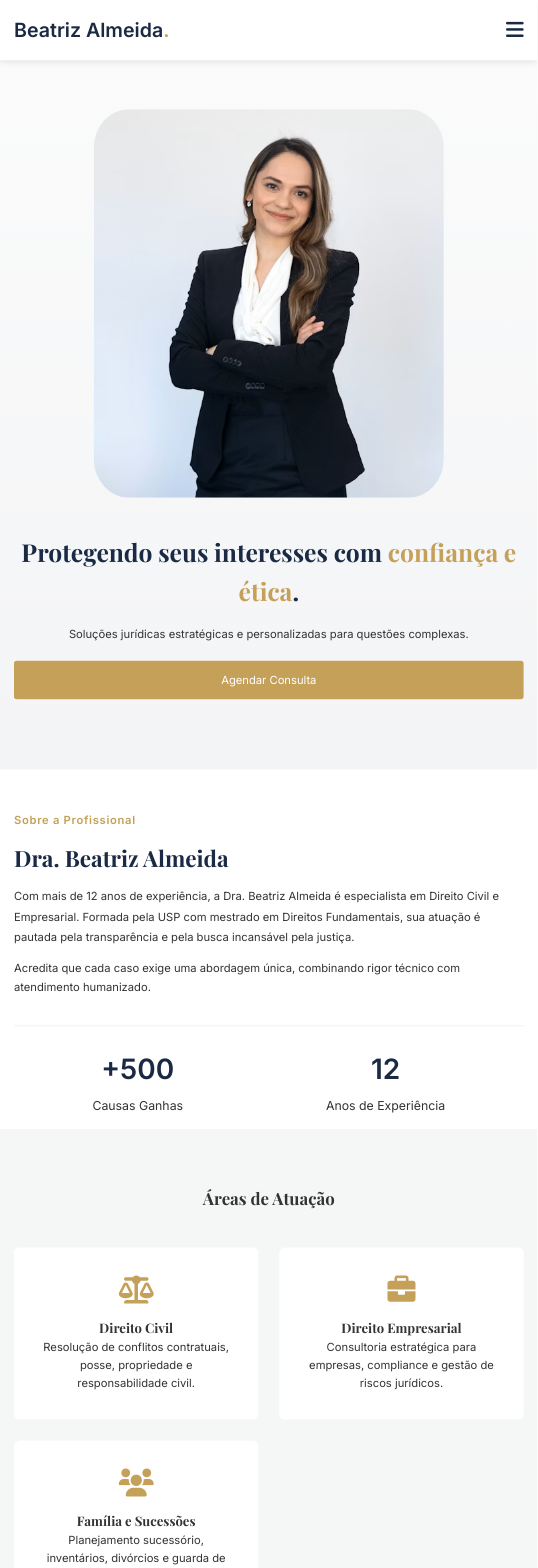
Repository: davidfsillva/beatriz-almeida-adv
Page: index.html
An editor plug-in stored every save of this project. The page is shown before and after the next save, followed by the edit.
The browser window is 768 px wide. The pictures show the part of the page from y = 0 to 2240 px (the page is 3739 px tall before and 3729 px after), at 70% of full size.

Above is the page before, as saved 2026-02-13 13:33:11.

### index.html
<!DOCTYPE html>
<html lang="pt-br">
<head>
    <meta charset="UTF-8">
    <meta name="viewport" content="width=device-width, initial-scale=1.0">
    <title>Dra. Beatriz Almeida | Advocacia Especializada</title>
    <link href="https://fonts.googleapis.com/css2?family=Playfair+Display:wght@700&family=Inter:wght@300;400;600&display=swap" rel="stylesheet">
    <link rel="stylesheet" href="https://cdnjs.cloudflare.com/ajax/libs/font-awesome/6.0.0/css/all.min.css">
    <link rel="stylesheet" href="style.css">
</head>
<body>

<header>
    <nav class="container">
        <div class="logo">Beatriz Almeida<span>.</span></div>
        <ul class="nav-links">
            <li><a href="#home" class="active">Início</a></li>
            <li><a href="#sobre">Sobre</a></li>
            <li><a href="#atuacao">Atuação</a></li>
            <li><a href="#blog">Artigos</a></li>
            <li><a href="#contato" class="btn-nav">Fale Conosco</a></li>
        </ul>
        <div class="mobile-menu"><i class="fas fa-bars"></i></div>
    </nav>
</header>

<!-- Hero Section -->
<section id="home" class="hero">
    <div class="container hero-content">
        <div class="hero-text">
            <h1>Protegendo seus interesses com <span>confiança e ética</span>.</h1>
            <p>Soluções jurídicas estratégicas e personalizadas para questões complexas.</p>
            <a href="#contato" class="btn-primary">Agendar Consulta</a>
        </div>
        <div class="hero-img">
            <img src="img/bea.png" alt="Dra. Beatriz Almeida" class="hero-image">
        </div>
    </div>
</section>

<!-- Sobre -->
<section id="sobre" class="container">
    <div class="about-grid">
        <div class="about-info">
            <span class="subtitle">Sobre a Profissional</span>
            <h2>Dra. Beatriz Almeida</h2>
            <p>Com mais de 12 anos de experiência, a Dra. Beatriz Almeida é especialista em Direito Civil e Empresarial. Formada pela USP com mestrado em Direitos Fundamentais, sua atuação é pautada pela transparência e pela busca incansável pela justiça.</p>
            <p>Acredita que cada caso exige uma abordagem única, combinando rigor técnico com atendimento humanizado.</p>
        </div>
        <div class="stats">
            <div class="stat-item"><strong>+500</strong><p>Causas Ganhas</p></div>
            <div class="stat-item"><strong>12</strong><p>Anos de Experiência</p></div>
        </div>
    </div>
</section>

<!-- Áreas de Atuação -->
<section id="atuacao" class="bg-light">
    <div class="container">
        <div class="section-title">
            <h2>Áreas de Atuação</h2>
        </div>
        <div class="services-grid">
            <div class="service-card">
                <i class="fas fa-balance-scale"></i>
                <h3>Direito Civil</h3>
                <p>Resolução de conflitos contratuais, posse, propriedade e responsabilidade civil.</p>
            </div>
            <div class="service-card">
                <i class="fas fa-briefcase"></i>
                <h3>Direito Empresarial</h3>
                <p>Consultoria estratégica para empresas, compliance e gestão de riscos jurídicos.</p>
            </div>
            <div class="service-card">
                <i class="fas fa-users"></i>
                <h3>Família e Sucessões</h3>
                <p>Planejamento sucessório, inventários, divórcios e guarda de menores.</p>
            </div>
        </div>
    </div>
</section>

<!-- Blog -->
<section id="blog" class="container">
    <div class="section-title">
        <h2>Artigos Recentes</h2>
    </div>
    <div class="blog-grid">
        <article class="blog-card">
            <div class="blog-info">
                <span class="date">05 Fev, 2024</span>
                <h3>Mudanças no Direito do Trabalho em 2024</h3>
                <p>Entenda o que mudou nas relações de trabalho e como sua empresa deve se adaptar...</p>
                <a href="artigos.html/artigo1.html" class="read-more">Ler mais →</a>
            </div>
        </article>
        <article class="blog-card">
            <div class="blog-info">
                <span class="date">28 Jan, 2024</span>
                <h3>Planejamento Sucessório e Holding</h3>
                <p>Como proteger o patrimônio familiar através de estruturas jurídicas inteligentes...</p>
                <a href="artigos.html/artigo2.html" class="read-more">Ler mais →</a>
            </div>
        </article>
    </div>
</section>

<!-- Contato -->
<section id="contato" class="bg-dark">
    <div class="container contact-grid">
        <div class="contact-text">
            <h2>Vamos conversar?</h2>
            <p>Preencha o formulário ou utilize nossos canais diretos. Retornamos em até 24 horas.</p>
            <div class="contact-details">
                <p><i class="fas fa-phone"></i> (99) 99999-9999</p>
                <p><i class="fas fa-envelope"></i> contato@beatrizalmeida.adv.br</p>
                <p><i class="fas fa-map-marker-alt"></i> Av. Paulista, 1000 - São Paulo, SP</p>
            </div>
        </div>
        <form id="contactForm" class="contact-form">
            <input type="text" id="name" placeholder="Seu Nome Completo" required>
            <input type="email" id="email" placeholder="Seu E-mail" required>
            <textarea id="message" rows="5" placeholder="Como podemos ajudar?" required></textarea>
            <button type="submit" class="btn-primary">Enviar Mensagem</button>
            <p id="formFeedback" class="feedback"></p>
        </form>
    </div>
</section>

<!-- Footer -->
<footer>
    <div class="container footer-bottom">
        <p>&copy; 2024 Dra. Beatriz Almeida. Todos os direitos reservados.</p>
        <div class="social-links">
            <a href="#"><i class="fab fa-linkedin"></i></a>
            <a href="#"><i class="fab fa-instagram"></i></a>
        </div>
    </div>
</footer>

<script src="scripts.js"></script>
</body>
</html>

### style.css
/* Reset e fontes */
* {
    margin: 0;
    padding: 0;
    box-sizing: border-box;
}

body {
    font-family: 'Inter', sans-serif;
    line-height: 1.6;
    color: #333333;
    scroll-behavior: smooth;
}

h1, h2, h3 {
    font-family: 'Playfair Display', serif;
}

/* Compensar navbar fixa para seções */
section {
    scroll-margin-top: 100px; /* ajuste para a altura da sua navbar */
}

/* Container */
.container {
    max-width: 1100px;
    margin: 0 auto;
    padding: 0 20px;
}

/* Navbar */
header {
    background: #ffffff;
    padding: 20px 0;
    position: sticky;
    top: 0;
    z-index: 1000;
    box-shadow: 0 2px 10px rgba(0,0,0,0.1);
    transition: all 0.3s ease;
}

header.scrolled {
    background: rgba(255,255,255,0.95);
    box-shadow: 0 4px 15px rgba(0,0,0,0.15);
}

nav {
    display: flex;
    justify-content: space-between;
    align-items: center;
}

.logo {
    font-size: 28px;
    font-weight: 700;
    color: #1a2a44;
}

.logo span {
    color: #c5a059;
}

.nav-links {
    display: flex;
    list-style: none;
    align-items: center;
    transition: all 0.3s ease;
}

.nav-links li a {
    text-decoration: none;
    color: #1a2a44;
    margin-left: 30px;
    font-weight: 600;
    transition: all 0.3s ease;
}

.nav-links li a.active,
.nav-links li a:hover {
    color: #c5a059;
}

.btn-nav {
    background: #1a2a44;
    color: #ffffff !important;
    padding: 10px 20px;
    border-radius: 4px;
}

.btn-nav:hover {
    background: #c5a059;
    transform: translateZ(-2px);
}

.mobile-menu {
    display: none;
    cursor: pointer;
    font-size: 1.8rem;
    color: #1a2a44;
}

/* Hero */
.hero {
    padding: 100px 0;
    background: linear-gradient(rgba(26,42,68,0.02), rgba(26,42,68,0.05));
}

.hero-content {
    display: grid;
    grid-template-columns: 1fr 1fr;
    align-items: center;
    gap: 50px;
}

.hero-text h1 {
    font-size: 3.5rem;
    margin-bottom: 20px;
    color: #1a2a44;
}

.hero-text span {
    color: #c5a059;
}

.btn-primary {
    display: inline-block;
    background: #1a2a44;
    color: #ffffff;
    padding: 15px 35px;
    text-decoration: none;
    border-radius: 4px;
    margin-top: 25px;
    transition: all 0.3s ease;
    border: none;
    cursor: pointer;
}

.btn-primary:hover {
    background: #c5a059;
    transform: translateY(-3px);
    box-shadow: 0 8px 20px rgba(197,160,89,0.4);
}

.hero-img {
    display: flex;
    justify-content: center;
    align-items: center;
}

.hero-image {
    width: 100%;
    max-width: 500px;
    border-radius: 8px;
    object-fit: cover;
    border-radius: 10%;

}

/* Seção Sobre */
.about-grid {
    display: grid;
    grid-template-columns: 2fr 1fr;
    gap: 40px;
    align-items: center;
    margin-top: 60px;
}

.about-info {
    display: flex;
    flex-direction: column;
    gap: 15px;
}

.about-info .subtitle {
    color: #c5a059;
    font-weight: 600;
    letter-spacing: 1px;
}

.about-info h2 {
    margin: 0;
    font-size: 2rem;
    color: #1a2a44;
}

.about-info p {
    margin: 0;
    line-height: 1.8;
    color: #333;
}

/* Estatísticas */
.stats {
    display: flex;
    flex-direction: column;
    gap: 20px;
    text-align: center;
    padding: 20px;
}

.stat-item strong {
    font-size: 2.5rem;
    display: block;
    margin-bottom: 5px;
    color: #1a2a44;
}

.stat-item p {
    margin: 0;
    font-size: 1.1rem;
}

/* Áreas de Atuação */
.bg-light {
    background: #f4f7f6;
    padding: 80px 0;
}

.section-title {
    text-align: center;
    margin-bottom: 50px;
}

.services-grid {
    display: grid;
    grid-template-columns: repeat(auto-fit, minmax(300px,1fr));
    gap: 30px;
}

.service-card {
    background: #ffffff;
    padding: 40px;
    border-radius: 8px;
    text-align: center;
    transition: all 0.3s ease;
}

.service-card:hover {
    transform: translateY(-10px) scale(1.05);
    background: linear-gradient(135deg, rgba(197,160,89,0.2), rgba(26,42,68,0.1));
    color: #000000;
}

.service-card i {
    font-size: 40px;
    color: #c5a059;
    margin-bottom: 20px;
}

.service-card:hover i {
    color: #000000;
}

/* Contato */
.bg-dark {
    background: #1a2a44;
    color: #ffffff;
    padding: 80px 0;
}

.contact-grid {
    display: grid;
    grid-template-columns: 1fr 1fr;
    gap: 50px;
    padding: 0 20px;
}

.contact-form {
    display: flex;
    flex-direction: column;
    gap: 15px;
}

.contact-form input,
.contact-form textarea {
    padding: 15px;
    border: none;
    border-radius: 4px;
}

.feedback {
    margin-top: 10px;
    font-size: 14px;
    color: #ffffff;
}

.btn-primary {
    display: inline-block;
    background: #c5a059;  /* cor atual do botão */
    color: #ffffff;
    padding: 15px 35px;
    text-decoration: none;
    border-radius: 4px;
    margin-top: 25px;
    transition: all 0.3s ease;
    border: none;
    cursor: pointer;
}

.btn-primary:hover {
    background: #c5a059;  /* cor ao passar o mouse */
    transform: translateY(-3px);
    box-shadow: 0 8px 20px rgba(197,160,89,0.4);
}

/* Blog */
#blog {
    padding: 100px 0;
    background: #ffffff;
}

.blog-grid {
    display: grid;
    grid-template-columns: repeat(auto-fit, minmax(300px,1fr));
    gap: 30px;
    margin-bottom: 50px;
}

.blog-card {
    background: #ffffff;
    padding: 20px;
    border-radius: 8px;
    transition: all 0.3s ease;
}

.blog-card:hover {
    transform: translateY(-5px);
    box-shadow: 0 8px 25px rgba(0,0,0,0.1);
}

.blog-card .read-more {
    color: #c5a059;
    text-decoration: none;
    font-weight: 600;
}

/* Footer */
.footer-bottom {
    display: flex;
    justify-content: space-between;
    align-items: center;
    padding: 25px 0;
}

.footer-bottom .social-links a {
    margin-left: 15px;
    color: #1a2a44;
    transition: all 0.3s ease;
}

.footer-bottom .social-links a:hover {
    color: #c5a059;
}

/* Fade-up animation */
.fade-up {
    opacity: 0;
    transform: translateY(20px);
    transition: all 0.6s ease;
}

.fade-up.show {
    opacity: 1;
    transform: translateY(0);
}

/* =====================
   Responsividade Corrigida
===================== */
@media (max-width: 768px) {
    /* 1. Ajuste do Menu Mobile (Gaveta Lateral) */
    .nav-links {
        display: flex;
        flex-direction: column;
        position: fixed;       /* Fixado na tela para não des alinhar ao rolar */
        top: 0;
        right: -100%;          /* Esconde totalmente para fora da tela */
        background: #ffffff;
        width: 250px;          /* Largura fixa para o menu */
        height: 100vh;         /* Ocupa a altura total da tela */
        padding: 80px 20px;    /* Espaço interno para não encostar no topo */
        gap: 20px;
        transition: right 0.4s ease-in-out;
        z-index: 999;
        box-shadow: -5px 0 15px rgba(0, 0, 0, 0.1); /* Sombra para dar profundidade */
    }

    .nav-links.open {
        right: 0;              /* Desliza para dentro da tela */
    }

    .nav-links li {
        width: 100%;
    }

    .nav-links li a {
        display: block;
        width: 100%;
        padding: 12px;
        text-align: left;      /* Alinhamento à esquerda fica mais elegante em menus laterais */
        color: #1a2a44;
        font-size: 1.1rem;
    }

    .btn-nav {
        display: block;          /* Garante que ele se comporte como bloco */
        width: 100%;             /* Faz ele ocupar a largura disponível do menu lateral */
        margin-left: 0 !important; /* Remove margens esquerdas que podem estar empurrando ele */
        text-align: center !important;
        box-sizing: border-box;  /* Garante que o padding não aumente o tamanho final */
}

    /* 2. Botão do Menu (Hambúrguer) sempre visível sobre o menu */
    .mobile-menu {
        display: block;
        font-size: 1.8rem;
        cursor: pointer;
        z-index: 1001;         /* Fica acima de tudo para poder fechar o menu */
    }

    /* 3. Ajuste do Hero (Seção Inicial) */
    .hero-content {
        grid-template-columns: 1fr;
        text-align: center;
        padding-top: 40px;
    }

    .hero-text h1 {
        font-size: 2.2rem;
    }

    .hero-img {
        order: -1;             /* Foto aparece antes do texto no mobile */
        margin-top: -70px; /* sobe a imagem */

    }

    /* 4. Ajuste do Formulário (Onde estava quebrando) */
    .contact-grid {
        grid-template-columns: 1fr; /* Força uma coluna única */
        padding: 0 15px;
    }

    .contact-form {
        width: 100%;
    }

    .contact-form input,
    .contact-form textarea {
        width: 100%;           /* Garante que campos não vazem */
        font-size: 16px;       /* Evita zoom automático em iPhones */
    }

    .btn-primary {
        width: 100%;           /* Botão ocupa a largura toda no celular */
    }

    /* 5. Ajuste da Seção Sobre e Stats */
    .about-grid {
        grid-template-columns: 1fr;
    }

    .stats {
        flex-direction: row;
        justify-content: space-around;
        border-top: 1px solid #eee;
        padding-top: 30px;
    }
}

/* Previne o scroll horizontal indesejado no site todo */
html, body {
    overflow-x: hidden;
    width: 100%;
}

### scripts.js
// Menu Mobile funcional
const mobileMenu = document.querySelector('.mobile-menu');
const navLinks = document.querySelector('.nav-links');

mobileMenu.addEventListener('click', () => {
    navLinks.classList.toggle('open');

    // Alterna ícone hamburguer <-> X
    const icon = mobileMenu.querySelector('i');
    icon.classList.toggle('fa-bars');
    icon.classList.toggle('fa-times');
});

// Fecha o menu ao clicar em qualquer link
navLinks.querySelectorAll('a').forEach(link => {
    link.addEventListener('click', () => {
        navLinks.classList.remove('open');
        const icon = mobileMenu.querySelector('i');
        icon.classList.add('fa-bars');
        icon.classList.remove('fa-times');
    });
});


// Adiciona sombra no header ao rolar
const header = document.querySelector('header');
window.addEventListener('scroll', () => {
    if (window.scrollY > 50) {
        header.classList.add('scrolled');
    } else {
        header.classList.remove('scrolled');
    }
});

// Formulário de contato (exemplo simples)
const form = document.getElementById('contactForm');
const feedback = document.getElementById('formFeedback');

form.addEventListener('submit', (e) => {
    e.preventDefault();
    feedback.textContent = "Mensagem enviada com sucesso!";
    form.reset();
});

After the next save:
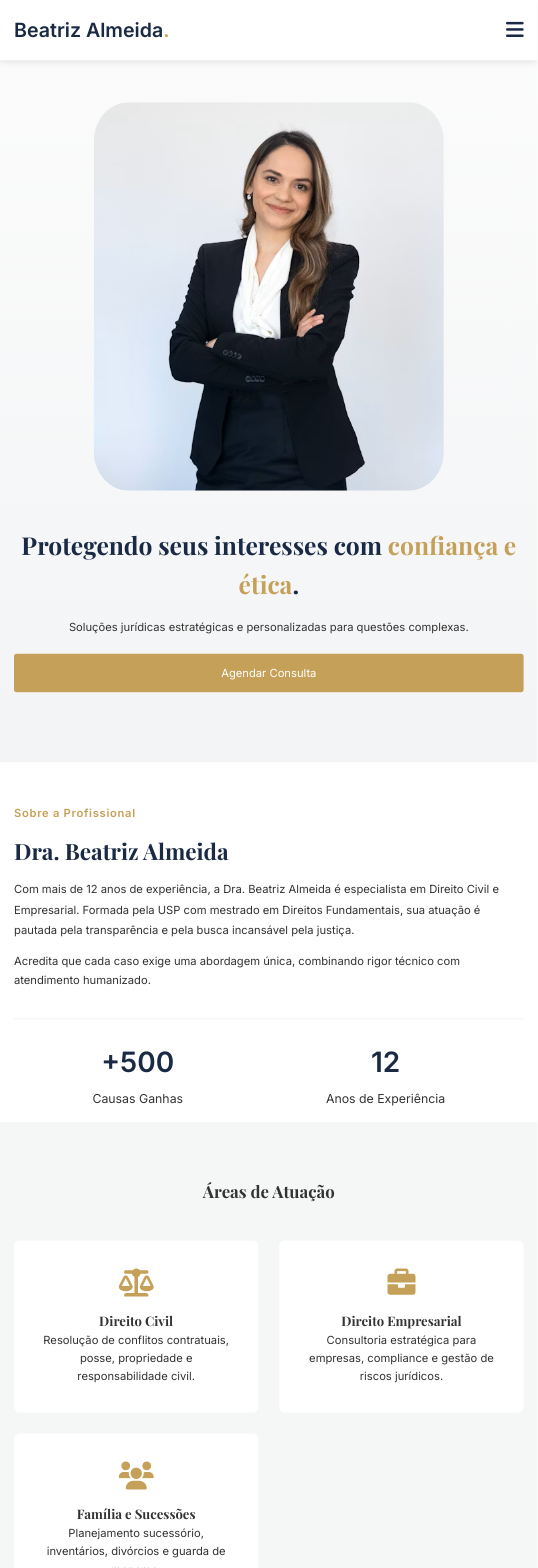
Saved 4 s later.
--- a/style.css
+++ b/style.css
@@ -431,7 +431,7 @@ nav {
 
     .hero-img {
         order: -1;             /* Foto aparece antes do texto no mobile */
-        margin-top: -70px; /* sobe a imagem */
+        margin-top: -80px; /* sobe a imagem */
 
     }
 
